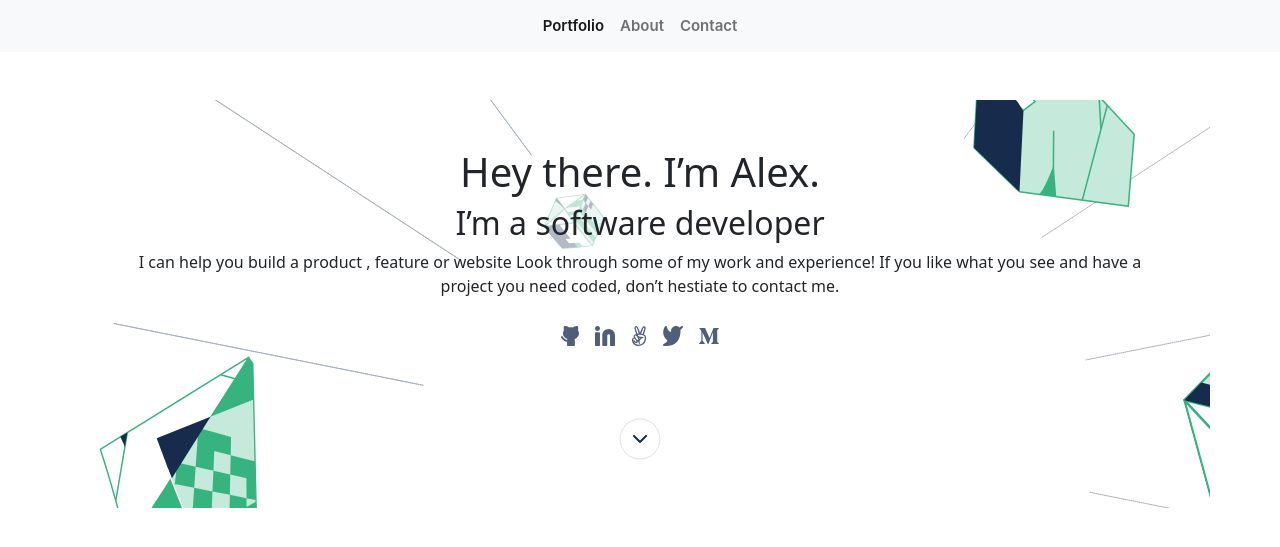
Repository: mustabbas/mustDico-Bootstrap
Page: index.html
An editor plug-in stored every save of this project. The page is shown before and after the next save, followed by the edit.
The browser window is 1280 px wide. The pictures show the whole page.

Above is the page before, as saved 2021-08-25 20:56:42.

### index.html
<!DOCTYPE html>
<html lang="en">
<head>
    <meta charset="UTF-8">
    <meta name="viewport" content="width=device-width, initial-scale=1.0">
    <meta http-equiv="X-UA-Compatible" content="ie=edge">
    <link rel="stylesheet" href="styles.css" />
    <title>MustDico's-Portfolio</title>
    <!-- CSS only -->
<link href="https://cdn.jsdelivr.net/npm/bootstrap@5.1.0/dist/css/bootstrap.min.css" rel="stylesheet" integrity="sha384-KyZXEAg3QhqLMpG8r+8fhAXLRk2vvoC2f3B09zVXn8CA5QIVfZOJ3BCsw2P0p/We" crossorigin="anonymous">
</head>
<body>
    <nav class="navbar navbar-expand-lg navbar-light bg-light">
        <div class="container-fluid">
          <button class="navbar-toggler" type="button" data-bs-toggle="collapse" data-bs-target="#navbarNav" aria-controls="navbarNav" aria-expanded="false" aria-label="Toggle navigation">
            <span class="navbar-toggler-icon"></span>
          </button>
          <div class="collapse navbar-collapse justify-content-center" id="navbarNav">
            <ul class="navbar-nav">
              <li class="nav-item">
                <a class="nav-link active" aria-current="page" href="#">Portfolio</a>
              </li>
              <li class="nav-item">
                <a class="nav-link" href="#">About</a>
              </li>
              <li class="nav-item">
                <a class="nav-link" href="#">Contact</a>
              </li>
            </ul>
          </div>
        </div>
      </nav>
      <section class="container mt-5 p-5 Heading">
            <h1 class="text-center">Hey there. I’m Alex.</h1>
            <h2 class="text-center">I’m a software developer</h2>
            <p class="text-center"> I can help you build a product , feature or website Look through some of my work and experience! If you like what you see and have a project you need coded,
                don’t hestiate to contact me.</p>
                <ul class="d-flex justify-content-center list-unstyled">
                    <li class="p-2"><img src="./img/github_dark.svg" alt="Vector-github" /></li>
                    <li class="p-2"><img src="./img/linkedin.svg" alt="Vecto-linkedin" /></li>
                    <li class="p-2"><img src="./img/angellist_dark.svg" alt="Vecto-angellist" /></li>
                    <li class="p-2"><img src="./img/twitter_dark.svg" alt="Vector-twitter" /></li>
                    <li class="p-2"><img src="./img/medium_dark.svg" alt="Vector-medium" /></li>
                </ul>
                <div class="d-flex justify-content-center pt-5"><img src="./img/ArrowDown.svg" alt="ArrowDown" /></div>
      </section>

    <!-- JavaScript Bundle with Popper -->
<script src="https://cdn.jsdelivr.net/npm/bootstrap@5.1.0/dist/js/bootstrap.bundle.min.js" integrity="sha384-U1DAWAznBHeqEIlVSCgzq+c9gqGAJn5c/t99JyeKa9xxaYpSvHU5awsuZVVFIhvj" crossorigin="anonymous"></script>
</body>
</html>

### styles.css

.nav-item {
    font-family: Inter;
    font-style: normal;
    font-weight: 600;
    font-size: 15px;
    line-height: 20px;
    color: #344563;
}

.Heading {
    background-image: url('./img/HeaderDesktop.svg');
}

After the next save:
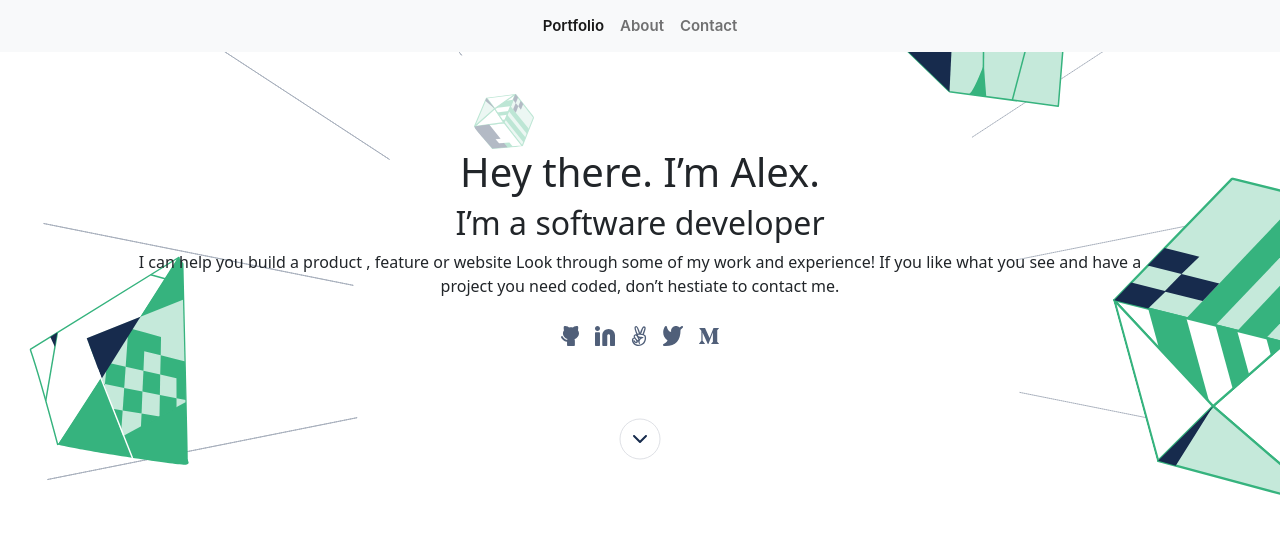
Saved 78 s later.
--- a/index.html
+++ b/index.html
@@ -10,6 +10,7 @@
 <link href="https://cdn.jsdelivr.net/npm/bootstrap@5.1.0/dist/css/bootstrap.min.css" rel="stylesheet" integrity="sha384-KyZXEAg3QhqLMpG8r+8fhAXLRk2vvoC2f3B09zVXn8CA5QIVfZOJ3BCsw2P0p/We" crossorigin="anonymous">
 </head>
 <body>
+    <section class="Heading">
     <nav class="navbar navbar-expand-lg navbar-light bg-light">
         <div class="container-fluid">
           <button class="navbar-toggler" type="button" data-bs-toggle="collapse" data-bs-target="#navbarNav" aria-controls="navbarNav" aria-expanded="false" aria-label="Toggle navigation">
@@ -30,7 +31,7 @@
           </div>
         </div>
       </nav>
-      <section class="container mt-5 p-5 Heading">
+      <div class="container mt-5 p-5">
             <h1 class="text-center">Hey there. I’m Alex.</h1>
             <h2 class="text-center">I’m a software developer</h2>
             <p class="text-center"> I can help you build a product , feature or website Look through some of my work and experience! If you like what you see and have a project you need coded,
@@ -43,7 +44,8 @@
                     <li class="p-2"><img src="./img/medium_dark.svg" alt="Vector-medium" /></li>
                 </ul>
                 <div class="d-flex justify-content-center pt-5"><img src="./img/ArrowDown.svg" alt="ArrowDown" /></div>
-      </section>
+            </div>
+    </section>
 
     <!-- JavaScript Bundle with Popper -->
 <script src="https://cdn.jsdelivr.net/npm/bootstrap@5.1.0/dist/js/bootstrap.bundle.min.js" integrity="sha384-U1DAWAznBHeqEIlVSCgzq+c9gqGAJn5c/t99JyeKa9xxaYpSvHU5awsuZVVFIhvj" crossorigin="anonymous"></script>
